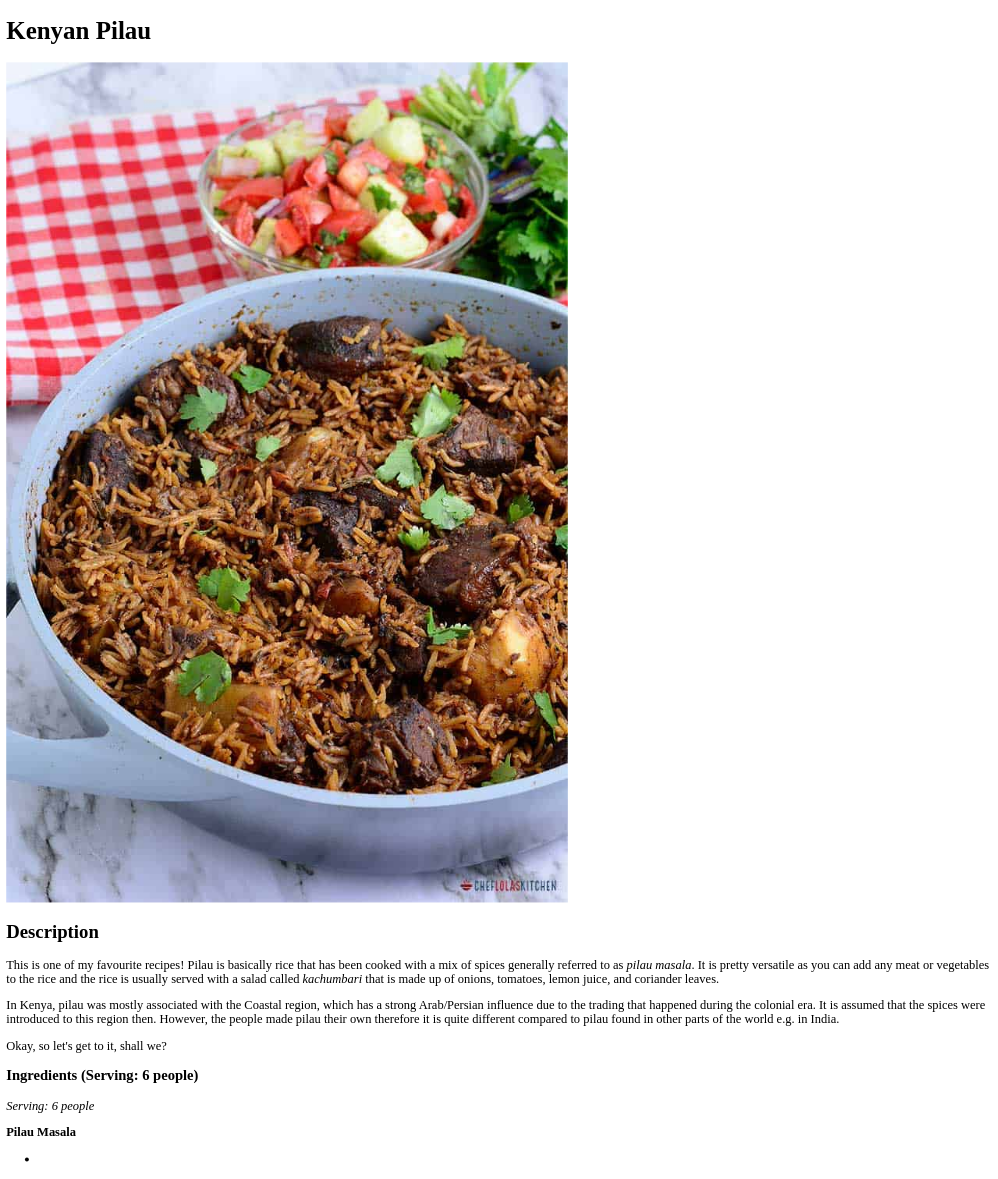
Repository: IanaAmke/odin-recipes
Page: recipes/pilau.html
These files come from the project's save history. The page is drawn as it stood at one moment and after the next save; the edit follows.
The browser window is 1280 px wide. The pictures show the whole page, at 78% of full size.

Above is the page before, as saved 2022-06-05 18:34:57.

### recipes/pilau.html
<!DOCTYPE html>
<html lang="en-GB">

<head>
    <meta charset="UTF-8">
    <title>Pilau Recipe</title>
</head>

<body>
    <h1>Kenyan Pilau</h1>

    <img src="./img/pilau.jpg" alt="beef pilau rice with potatoes">

    <h2>Description</h2>

    <p>This is one of my favourite recipes! Pilau is basically rice that has been cooked with a mix of spices generally referred to as <i>pilau masala</i>. It is pretty versatile as you can add any meat or vegetables to the rice and the rice is usually served
        with a salad called <i>kachumbari</i> that is made up of onions, tomatoes, lemon juice, and coriander leaves.</p>

    <p>In Kenya, pilau was mostly associated with the Coastal region, which has a strong Arab/Persian influence due to the trading that happened during the colonial era. It is assumed that the spices were introduced to this region then. However, the people
        made pilau their own therefore it is quite different compared to pilau found in other parts of the world e.g. in India.</p>

    <p>Okay, so let's get to it, shall we?</p>

    <h3>Ingredients (Serving: 6 people)</h3>
    <p><em>Serving: 6 people</em></p>

    <p><strong>Pilau Masala</strong></p>

    <ul>
        <li></li>
    </ul>

</body>

</html>

After the next save:
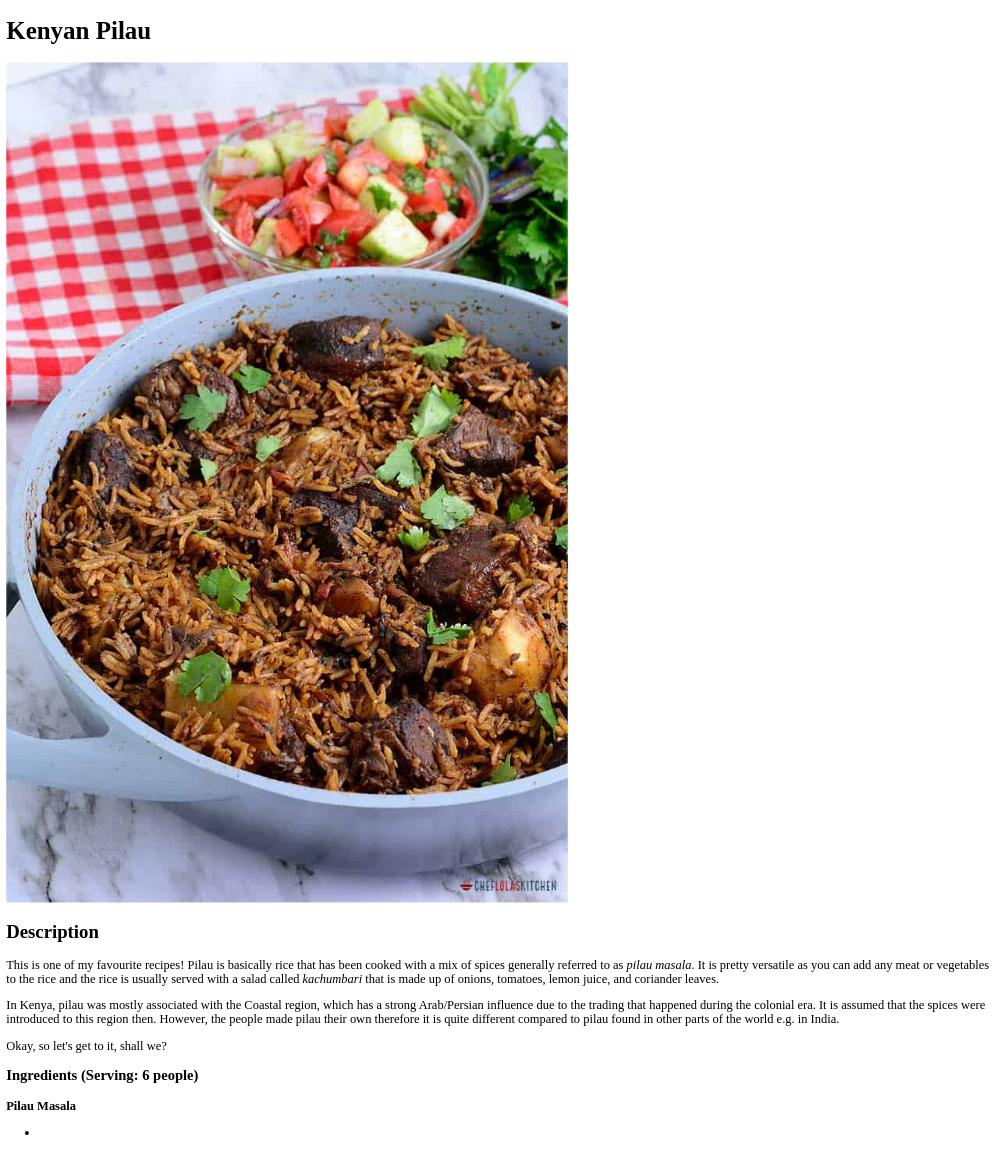
Saved 15 s later.
--- a/recipes/pilau.html
+++ b/recipes/pilau.html
@@ -22,7 +22,6 @@
     <p>Okay, so let's get to it, shall we?</p>
 
     <h3>Ingredients (Serving: 6 people)</h3>
-    <p><em>Serving: 6 people</em></p>
 
     <p><strong>Pilau Masala</strong></p>
 
